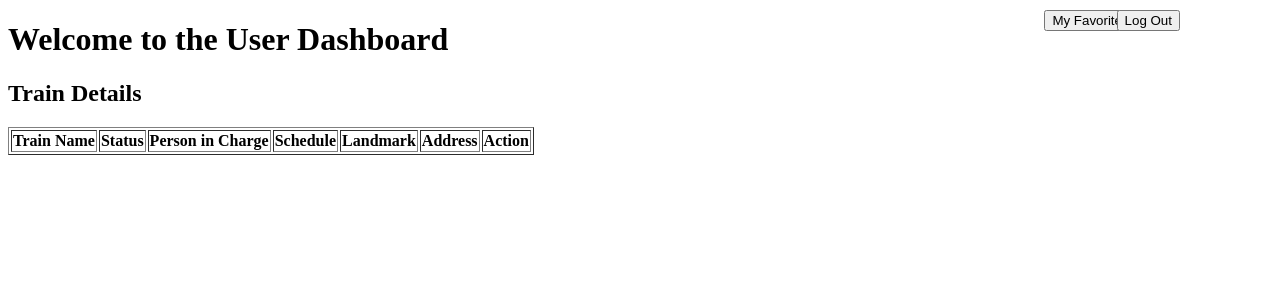
Repository: MohamedUmar083/Project_2
Page: http://localhost/Railway_Crossing_Status/user-dashboard.jsp
An editor plug-in stored every save of this project. The page is shown before and after the next save, followed by the edit.
The browser window is 1280 px wide. The pictures show the whole page.
The page is served by Tomcat 10. The session is filled in as if someone had signed in: {"userId": 1}. Other server files are loaded and not shown. Queries for data that is not in the repository find no rows.

Above is the page before, as saved 2023-12-22 20:55:55.

### Railway Crossing Status/src/main/webapp/user-dashboard.jsp
<%@ page import="java.sql.Connection" %>
<%@ page import="java.sql.DriverManager" %>
<%@ page import="java.sql.PreparedStatement" %>
<%@ page import="java.sql.ResultSet" %>
<%@ page import="java.sql.SQLException" %>
<%@ page contentType="text/html;charset=UTF-8" language="java" %>
   <%
    // Check if the user is logged in
    HttpSession userSession = request.getSession(false);
    if (userSession == null || userSession.getAttribute("userId") == null) {
        // Redirect to the login page if not logged in
        response.sendRedirect("login.jsp");
        return;
    }

    // Continue rendering the page for a logged-in user
%>
<!DOCTYPE html>
<html>
<head>
    <title>User Dashboard</title>
</head>
<body>
    <h1>Welcome to the User Dashboard</h1>
    <form action="favorite.jsp" method="get" style="position: absolute; top: 10px; right: 150px;">
        <input type="submit" value="My Favorite">
    </form>
    <form action="userlogout.jsp" method="get" style="position: absolute; top: 10px; right: 100px;">
        <input type="submit" value="Log Out">
    </form>


      <h2>Train Details</h2>
    <table border="1">
        <thead>
            <tr>
                <th>Train Name</th>
                <th>Status</th>
                <th>Person in Charge</th>
                <th>Schedule</th>
                <th>Landmark</th>
                <th>Address</th>
                <th>Action</th>
            </tr>
        </thead>
        <tbody>
            <%
            try {
                // Database connection details
                String jdbcUrl = "jdbc:mysql://localhost:3306/railwayproject";
                String dbUsername = "root";
                String dbPassword = "Mohdumar@1011302";

                // Establish the database connection
                Class.forName("com.mysql.cj.jdbc.Driver");
                Connection connection = DriverManager.getConnection(jdbcUrl, dbUsername, dbPassword);

                // Query to retrieve available trains
                String sql = "SELECT * FROM trains";
                try (PreparedStatement statement = connection.prepareStatement(sql);
                     ResultSet resultSet = statement.executeQuery()) {

                	while (resultSet.next()) {
                        String trainName = resultSet.getString("train_name");
                        String status = resultSet.getString("crossing_status");
                        String personInCharge = resultSet.getString("person_in_charge");
                        String schedule = resultSet.getString("train_schedule");
                        String landmark = resultSet.getString("landmark");
                        String address = resultSet.getString("address");

                        // Display train details in the table
            %>
                        <tr>
                             <td><%= trainName %></td>
            <td><%= status %></td>
            <td><%= personInCharge %></td>
            <td><%= schedule %></td>
            <td><%= landmark %></td>
            <td><%= address %></td>
            <td>

            <a href="addToFavorite.jsp?trainId=<%=resultSet.getString("id")%>">
    <button type="button" class="favorite">Add to Favorite</button>
</a>
            </td>
                        </tr>
            <%
                    }
                }
            } catch (ClassNotFoundException | SQLException e) {
                e.printStackTrace(); // Handle the exception appropriately in your application
            }
            %>
        </tbody>
    </table>
</body>
</html>

After the next save:
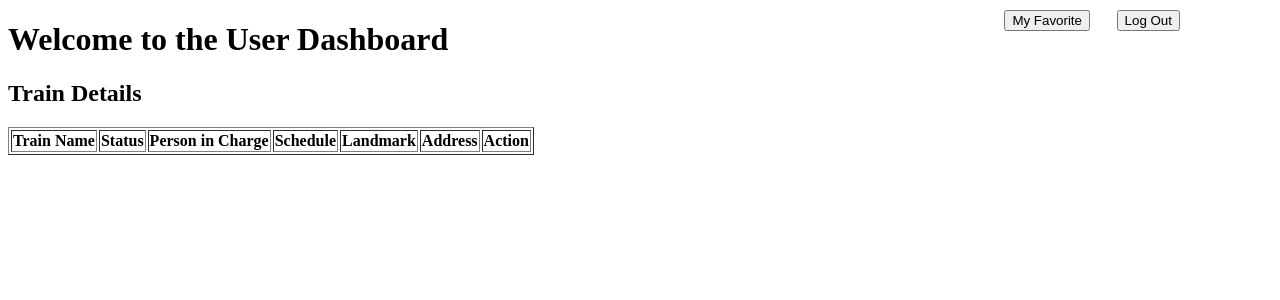
Saved 9 s later.
--- a/Railway Crossing Status/src/main/webapp/user-dashboard.jsp
+++ b/Railway Crossing Status/src/main/webapp/user-dashboard.jsp
@@ -22,7 +22,7 @@
 </head>
 <body>
     <h1>Welcome to the User Dashboard</h1>
-    <form action="favorite.jsp" method="get" style="position: absolute; top: 10px; right: 150px;">
+    <form action="favorite.jsp" method="get" style="position: absolute; top: 10px; right: 190px;">
         <input type="submit" value="My Favorite">
     </form>
     <form action="userlogout.jsp" method="get" style="position: absolute; top: 10px; right: 100px;">
